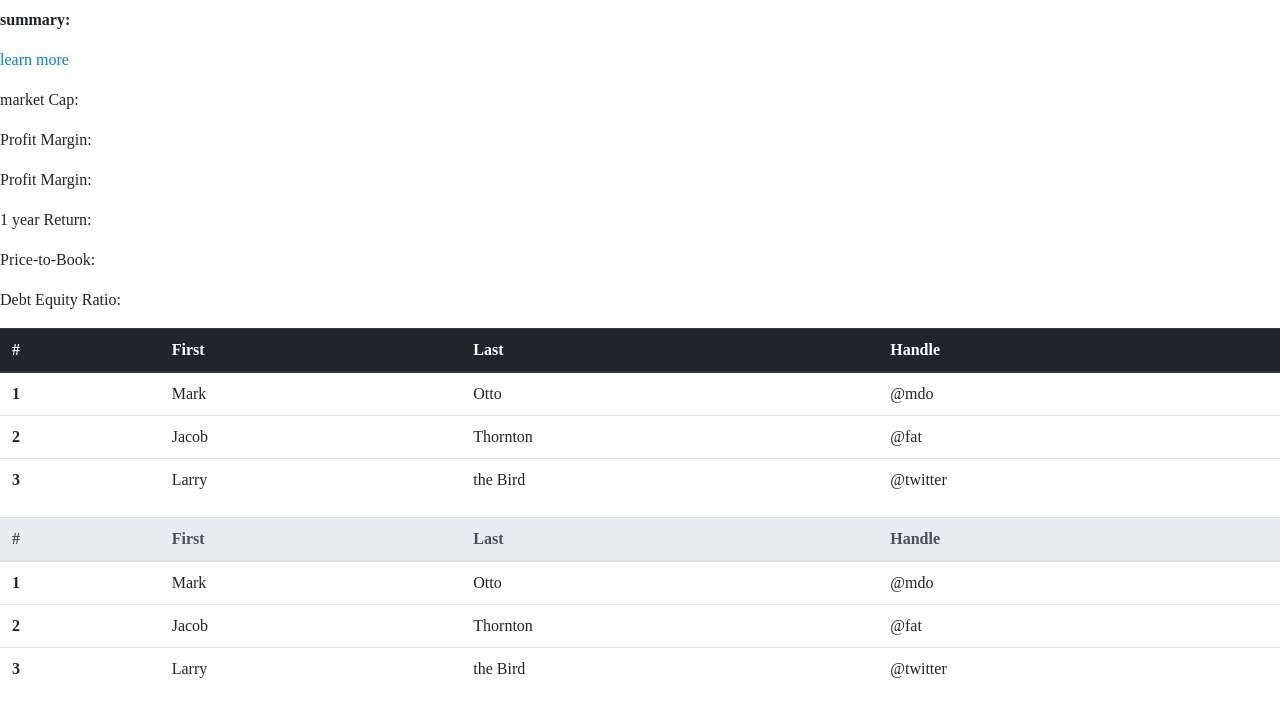
Repository: brendan12372/theSite
Page: topTen/templates/stocks/stock_detail.html
These files come from the project's save history. The page is drawn as it stood at one moment and after the next save; the edit follows.
The browser window is 1280 px wide. The pictures show the whole page.
Some web libraries are served in a nearby version. The page is served by the project's application, run on Django 4.2 (manage.py). Other server files are loaded and not shown. The template is opened directly, without the code that normally fills it, so the values that code supplies are empty.

Above is the page before, as saved 2022-03-14 23:43:25.

### topTen/templates/stocks/stock_detail.html
{% load static %}
{{ static }}

<html lang="en">
  <head>
    <!-- Required meta tags -->
    <meta charset="utf-8">
    <meta name="viewport" content="width=device-width, initial-scale=1, shrink-to-fit=no">

    <!-- Bootstrap CSS -->
    <link rel="stylesheet" href="https://cdn.jsdelivr.net/npm/bootstrap@4.0.0/dist/css/bootstrap.min.css" integrity="sha384-Gn5384xqQ1aoWXA+058RXPxPg6fy4IWvTNh0E263XmFcJlSAwiGgFAW/dAiS6JXm" crossorigin="anonymous">
    <link rel="stylesheet" type="text/css" href="{% static 'topTen/style.css' %}"><!doctype html>

    <title>Hello, world!</title>
  </head>
  <body>

    <h1 class="display-3 text-center">{{ object.shortName }}</h1>
    <p class="text-start font-weight-bold"> summary:</p><p>{{ object.summary }}</p>
    <p>{{object.news}}<a href={{object.link}}>learn more</a> </p>

    <p>market Cap: {{ object.marketCap }}</p>


    <p>Profit Margin: {{ object.profitMargins }}</p>
    <p>Profit Margin: {{ object.grossMargins }}</p>
    <p>1 year Return: {{ object.yearReturn }}</p>
    <p>Price-to-Book: {{ object.PriceToBook}}</p>
    <p>Debt Equity Ratio: {{ object.debtEquityRatio}}</p>

    <table class="table">
      <thead class="thead-dark">
        <tr>
          <th scope="col">#</th>
          <th scope="col">First</th>
          <th scope="col">Last</th>
          <th scope="col">Handle</th>
        </tr>
      </thead>
      <tbody>
        <tr>
          <th scope="row">1</th>
          <td>Mark</td>
          <td>Otto</td>
          <td>@mdo</td>
        </tr>
        <tr>
          <th scope="row">2</th>
          <td>Jacob</td>
          <td>Thornton</td>
          <td>@fat</td>
        </tr>
        <tr>
          <th scope="row">3</th>
          <td>Larry</td>
          <td>the Bird</td>
          <td>@twitter</td>
        </tr>
      </tbody>
    </table>

    <table class="table">
      <thead class="thead-light">
        <tr>
          <th scope="col">#</th>
          <th scope="col">First</th>
          <th scope="col">Last</th>
          <th scope="col">Handle</th>
        </tr>
      </thead>
      <tbody>
        <tr>
          <th scope="row">1</th>
          <td>Mark</td>
          <td>Otto</td>
          <td>@mdo</td>
        </tr>
        <tr>
          <th scope="row">2</th>
          <td>Jacob</td>
          <td>Thornton</td>
          <td>@fat</td>
        </tr>
        <tr>
          <th scope="row">3</th>
          <td>Larry</td>
          <td>the Bird</td>
          <td>@twitter</td>
        </tr>
      </tbody>
    </table>


    <!-- Optional JavaScript -->
    <!-- jQuery first, then Popper.js, then Bootstrap JS -->
    <script src="https://code.jquery.com/jquery-3.2.1.slim.min.js" integrity="sha384-KJ3o2DKtIkvYIK3UENzmM7KCkRr/rE9/Qpg6aAZGJwFDMVNA/GpGFF93hXpG5KkN" crossorigin="anonymous"></script>
    <script src="https://cdn.jsdelivr.net/npm/popper.js@1.12.9/dist/umd/popper.min.js" integrity="sha384-ApNbgh9B+Y1QKtv3Rn7W3mgPxhU9K/ScQsAP7hUibX39j7fakFPskvXusvfa0b4Q" crossorigin="anonymous"></script>
    <script src="https://cdn.jsdelivr.net/npm/bootstrap@4.0.0/dist/js/bootstrap.min.js" integrity="sha384-JZR6Spejh4U02d8jOt6vLEHfe/JQGiRRSQQxSfFWpi1MquVdAyjUar5+76PVCmYl" crossorigin="anonymous"></script>
  </body>
</html>

### tutorial/urls.py
from django.urls import path, include
from django.contrib import admin

urlpatterns = [
path('admin/', admin.site.urls),
path('', include('stocks.urls')),
path('topTen/', include('topTen.urls')),

]

### stocks/urls.py
from django.urls import path
from stocks import views
from django.contrib import admin

urlpatterns = [
    # path('stocks/', views.stocks_list),
    path('', views.stocks_list2),
    path('<int:pk>/', views.stocks_detail),
    path('<str:sector>/<str:sortBy>/<str:dir>', views.stocks_list),
    path('sectors/<str:sortBy>/<str:dir>', views.sector_list),

]

### topTen/urls.py
from django.urls import path
from topTen import views
urlpatterns = [
    # path('front/', views.front_list),
    # path('front/<int:pk>/', views.stocks_detail),
    path('sector/', views.sector_view,name='sector'),
    path('home/', views.vTwo,name='sort'),
    path('',views.home,name='home'),
    path('<int:pk>/', views.detail.as_view(),name='detail'),


]

### topTen/static/topTen/style.css
 /* Navbar container */
 .theOptions{
  background-color:lightblue;
  text-align: left;
     padding-left: 10%;
}
 article{
margin-top:30px;
 }
 body{
          font-family: "Noto Serif Armenian Light";

 }
.Key{
    background-color: lightblue;
}

.theList{
  background-color:darkgrey;
  text-align: left;
  margin-top: 5px;
    font-family: "Times";
}
p{
         font-family: "Noto Serif Armenian Light";

}
 .navbar {
  overflow: hidden;
  background-color: darkgrey;
  font-family: 'Noto Serif Armenian Light';
     margin-bottom: 30px;
}
 body {
   background-color:'green'
 }

/* Links inside the navbar */
.navbar a {
  float: left;
  font-size: 16px;
  color: white;
  text-align: center;
  padding: 14px 16px;
  text-decoration: none;
}

/* The dropdown container */
.dropdown {
  float: left;
  overflow: hidden;
}

/* Dropdown button */
.dropdown .dropbtn {
  font-size: 16px;
  border: none;
  outline: none;
  color: white;
  padding: 14px 16px;
  background-color: inherit;
  font-family: inherit; /* Important for vertical align on mobile phones */
  margin: 0; /* Important for vertical align on mobile phones */
}

/* Add a red background color to navbar links on hover */
.navbar a:hover, .dropdown:hover .dropbtn {
  background-color: red;
}

/* Dropdown content (hidden by default) */
.dropdown-content {
  display: none;
  position: absolute;
  background-color: #f9f9f9;
  min-width: 160px;
  box-shadow: 0px 8px 16px 0px rgba(0,0,0,0.2);
  z-index: 1;
}

/* Links inside the dropdown */
.dropdown-content a {
  float: none;
  color: black;
  padding: 12px 16px;
  text-decoration: none;
  display: block;
  text-align: left;
}

/* Add a grey background color to dropdown links on hover */
.dropdown-content a:hover {
  background-color: #ddd;
}

/* Show the dropdown menu on hover */
.dropdown:hover .dropdown-content {
  display: block;
}
label {
  ;
}

After the next save:
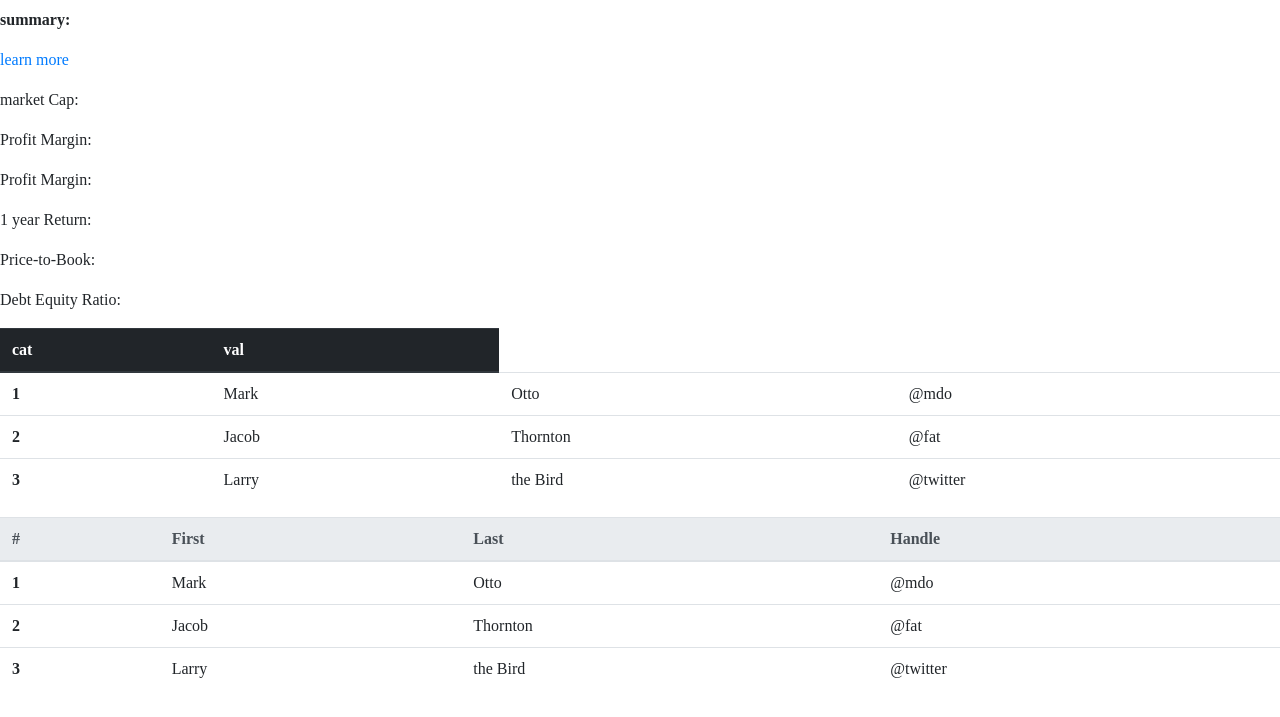
Saved 7 min 20 s later.
--- a/topTen/templates/stocks/stock_detail.html
+++ b/topTen/templates/stocks/stock_detail.html
@@ -31,10 +31,8 @@
     <table class="table">
       <thead class="thead-dark">
         <tr>
-          <th scope="col">#</th>
-          <th scope="col">First</th>
-          <th scope="col">Last</th>
-          <th scope="col">Handle</th>
+          <th scope="col">cat</th>
+          <th scope="col">val</th>
         </tr>
       </thead>
       <tbody>
